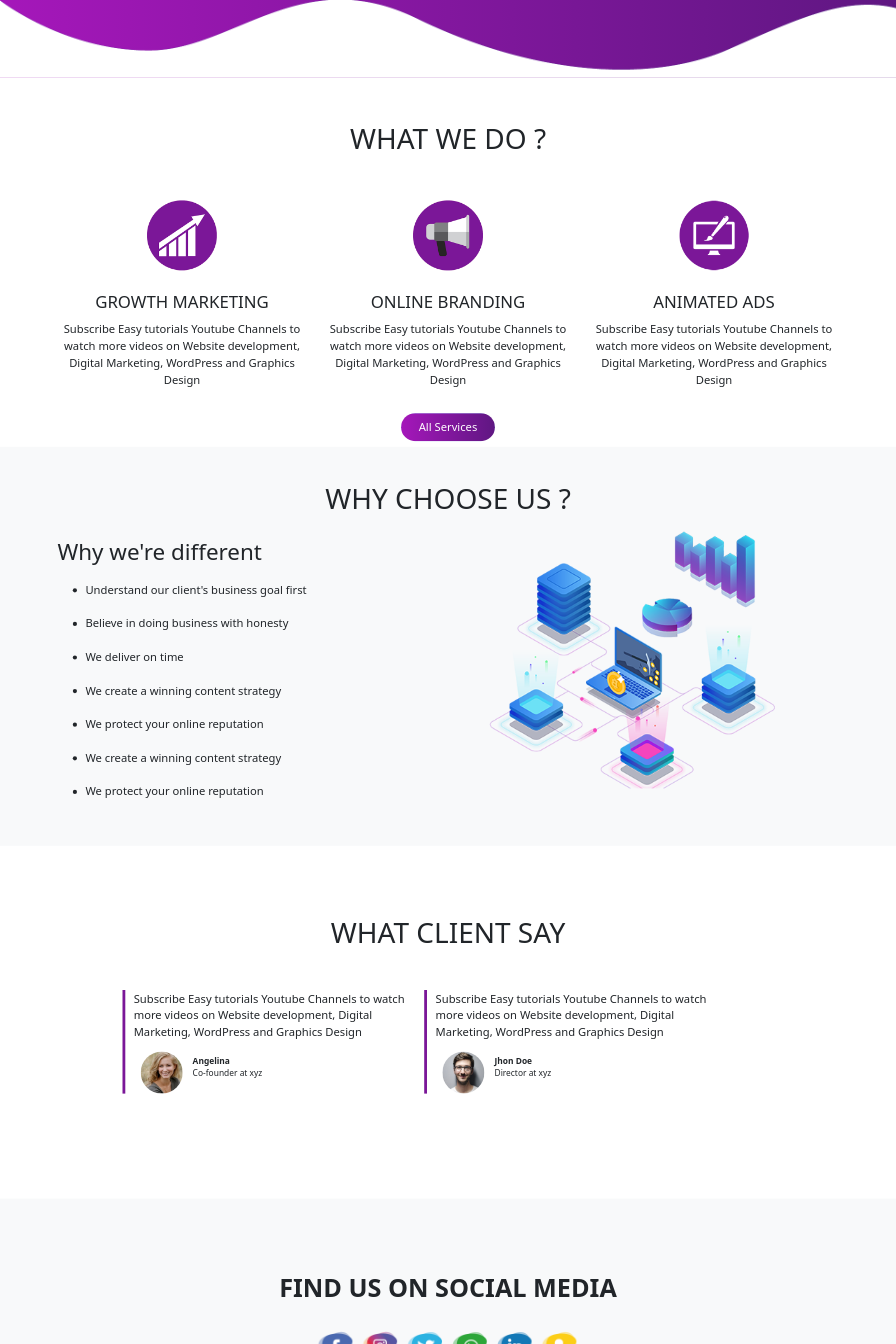
Repository: wadelfadill/Bootstrap_tache_2_website_design
Page: index.html
An editor plug-in stored every save of this project. The page is shown before and after the next save, followed by the edit.
The browser window is 1280 px wide. The pictures show the part of the page from y = 606 to 2526 px (the page is 3067 px tall before and 3092 px after), at 70% of full size.
Some web libraries are served in a nearby version.

Above is the page before, as saved 2023-04-06 17:58:00.

After the next save:
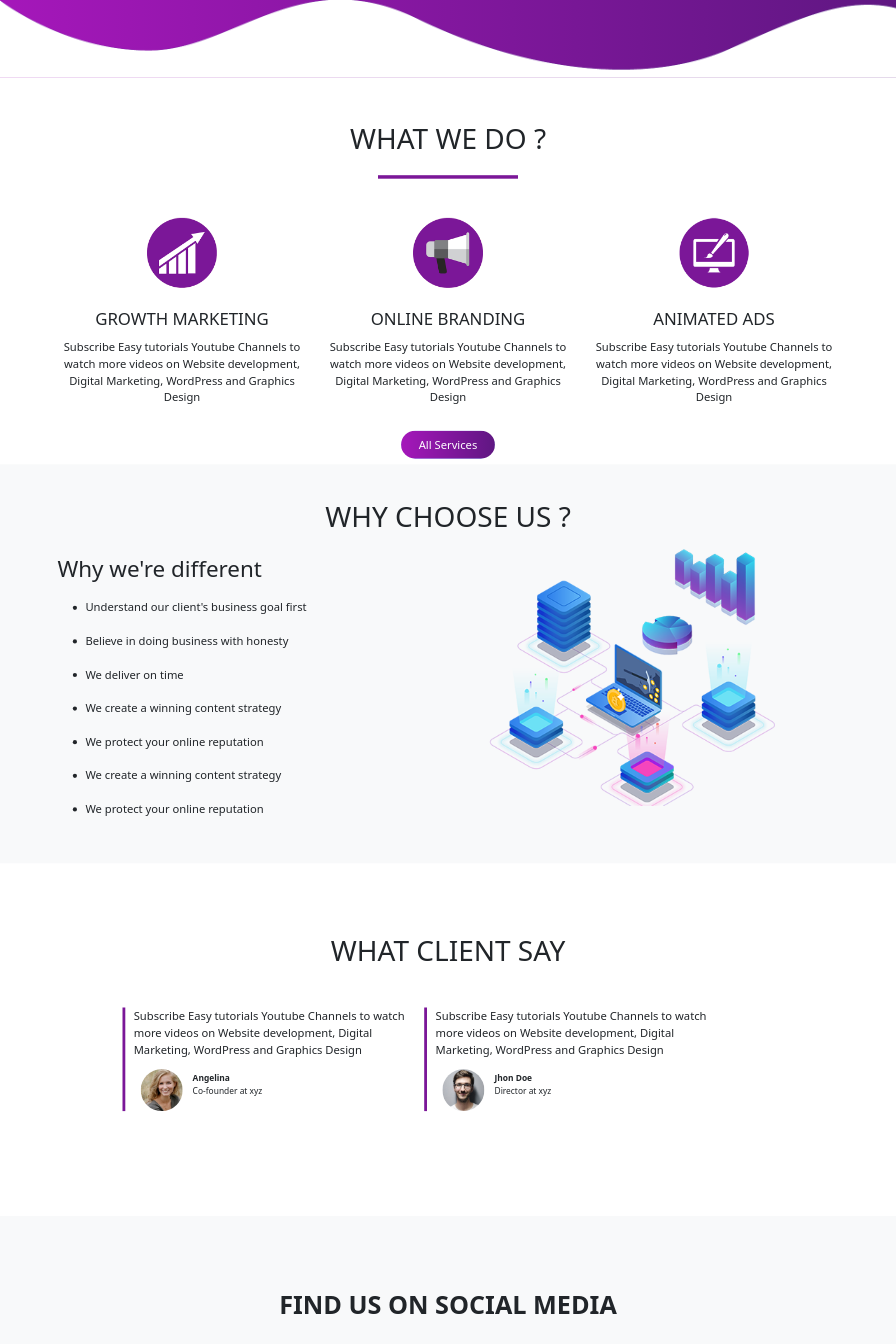
Saved 33 s later.
--- a/style.css
+++ b/style.css
@@ -58,6 +58,14 @@
     overflow: visible;
 
 }  */
+.ligne{
+    background-color: #7b1798;
+    width: 200px;
+    margin-left: auto;
+    margin-right: auto;
+    height: 5px;
+    margin-top: 20px;
+}
 .title-hr::after{
     position: absolute;
     content:'';
